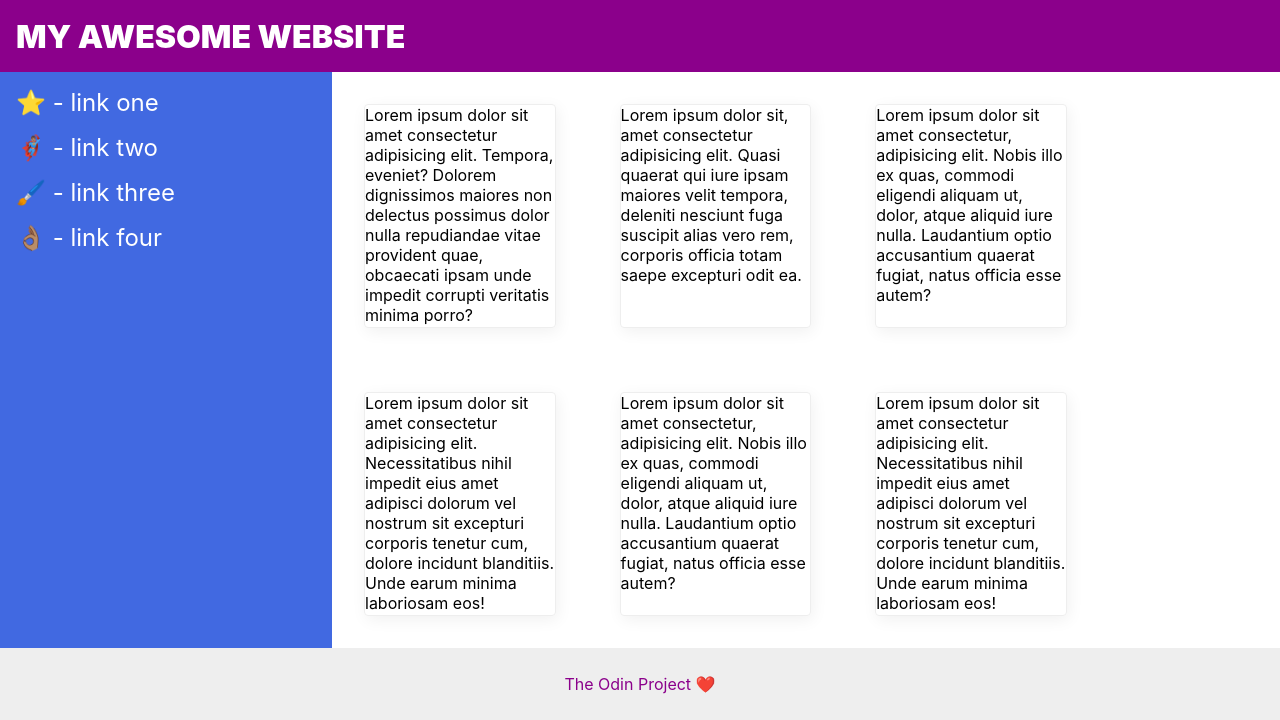
Repository: evemcd/odin_project
Page: 06-odin-css-flex/07-flex-layout-2/index.html
The author's editor kept a copy of each file at every save. The page is drawn from the files as they stood at one save, then again after the next save.
The browser window is 1280 px wide. The pictures show the whole page.

Above is the page before, as saved 2022-02-04 10:16:00.

After the next save:
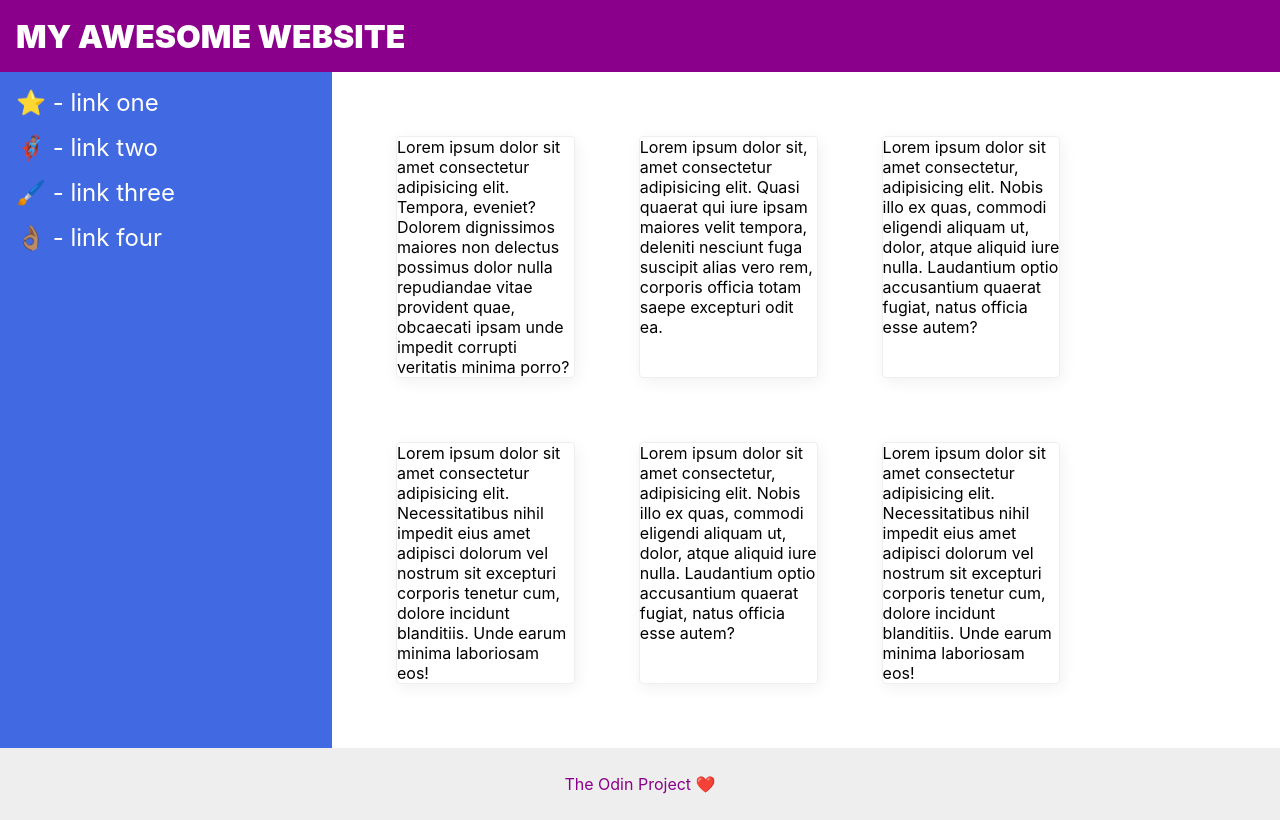
Saved 23 s later.
--- a/06-odin-css-flex/07-flex-layout-2/style.css
+++ b/06-odin-css-flex/07-flex-layout-2/style.css
@@ -50,6 +50,7 @@ body {
 .container2 {
     display: flex;
     flex-wrap: wrap;
+    padding: 32px;
 }
 
 .sidebar ul {
